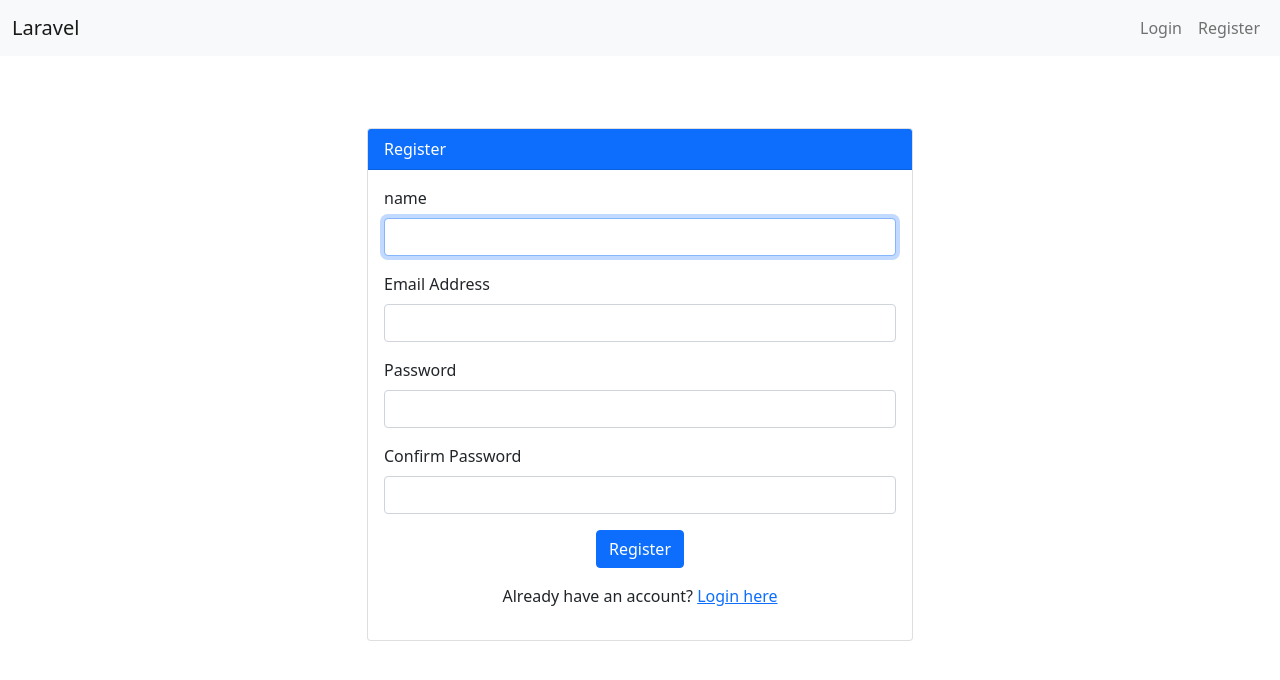
Repository: Abdulahi338/Authentication-using-laravel-11
Page: http://localhost/register
An editor plug-in stored every save of this project. The page is shown before and after the next save, followed by the edit.
The browser window is 1280 px wide. The pictures show the whole page.
The page is served by the project's Laravel application, run on PHP 8.4 with Laravel 12.

Above is the page before, as saved 2024-10-19 14:43:22.

After the next save:
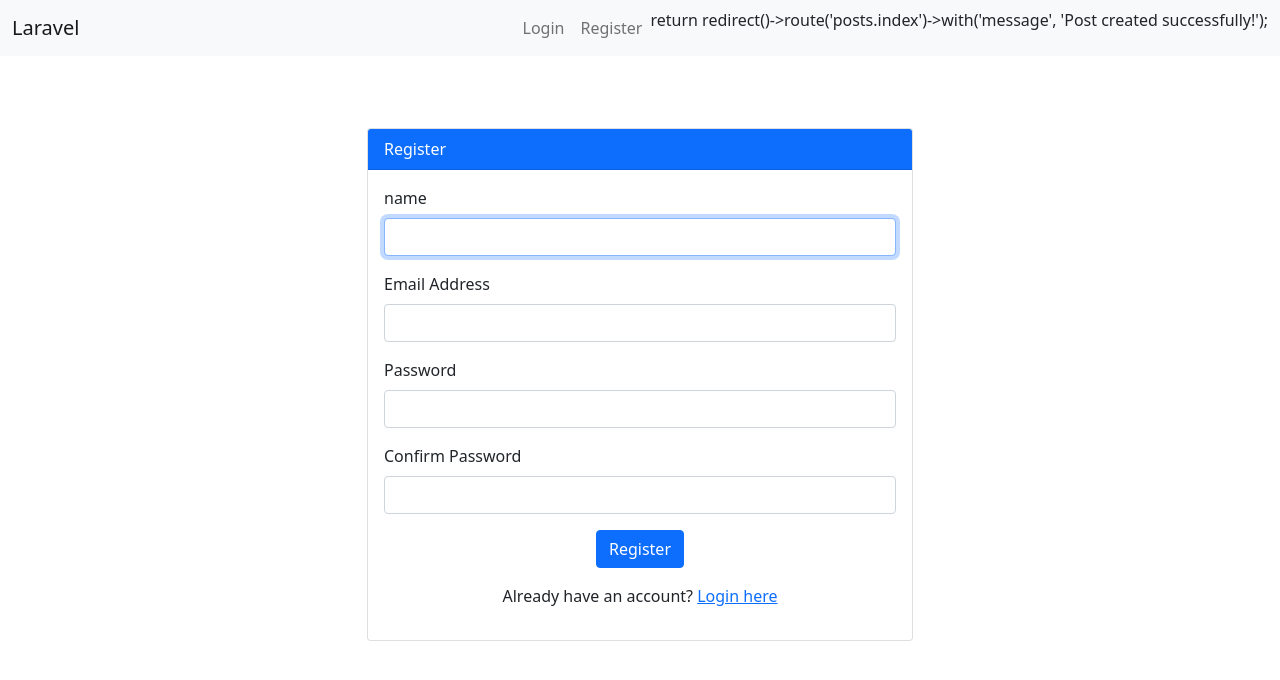
Saved 12 s later.
--- a/resources/views/layouts/app.blade.php
+++ b/resources/views/layouts/app.blade.php
@@ -21,7 +21,8 @@
                         <li class="nav-item">
                             <a class="nav-link" href="{{ url('/register') }}">Register</a>
                         </li>
-                </ul>
+                        return redirect()->route('posts.index')->with('message', 'Post created successfully!');
+                    </ul>
             </div>
         </div>
     </nav>

After the save that followed:
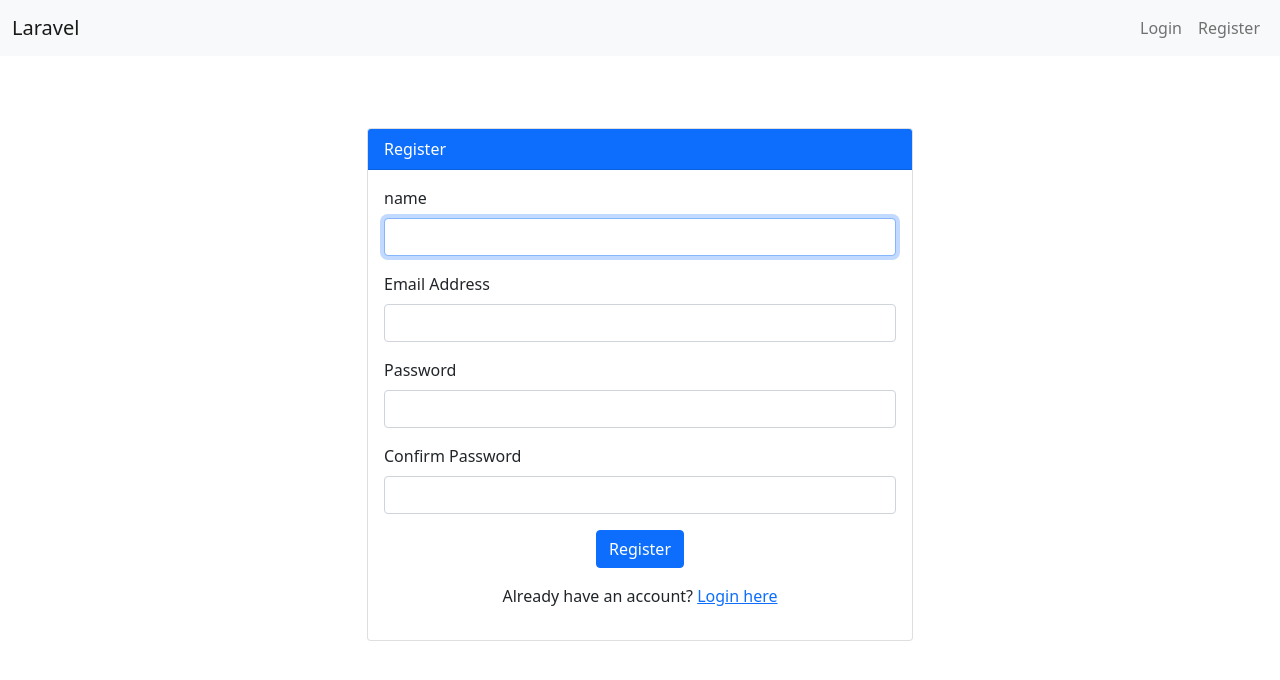
Saved 5 s later.
--- a/resources/views/layouts/app.blade.php
+++ b/resources/views/layouts/app.blade.php
@@ -15,14 +15,15 @@
             </button>
             <div class="collapse navbar-collapse" id="navbarNav">
                 <ul class="navbar-nav ms-auto">
+                    @guest
                         <li class="nav-item">
                             <a class="nav-link" href="{{ url('/login') }}">Login</a>
                         </li>
                         <li class="nav-item">
                             <a class="nav-link" href="{{ url('/register') }}">Register</a>
                         </li>
-                        return redirect()->route('posts.index')->with('message', 'Post created successfully!');
-                    </ul>
+                    @endguest
+                </ul>
             </div>
         </div>
     </nav>
